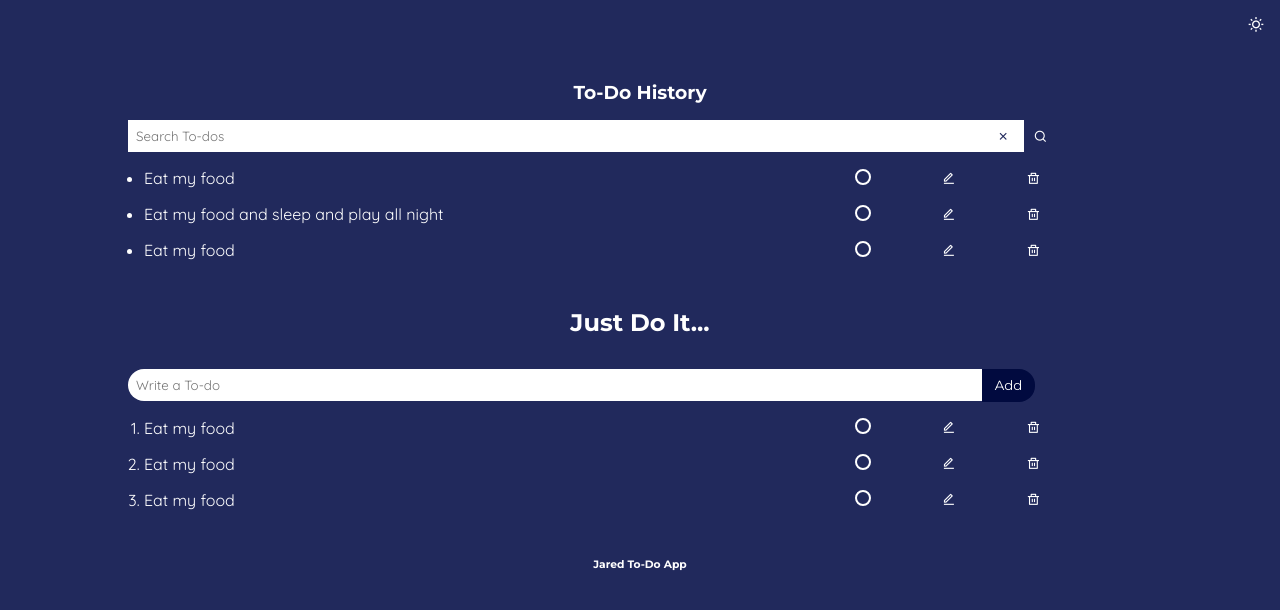
Repository: EguJaredoBoyd/Jared-ToDo-App
Page: main.html
These files come from the project's save history. The page is drawn as it stood at one moment and after the next save; the edit follows.
The browser window is 1280 px wide. The pictures show the whole page.
Some web libraries are served in a nearby version.

Above is the page before, as saved 2025-12-25 00:15:38.
Not found: js/to-do.j

### main.html
<!DOCTYPE html>
<html lang="en">
  <head>
    <meta charset="UTF-8" />
    <meta name="viewport" content="width=device-width, initial-scale=1.0" />
    <title>Document</title>
    <link
      href="https://cdn.jsdelivr.net/npm/remixicon@4.7.0/fonts/remixicon.css"
      rel="stylesheet"
    />
    <link rel="preconnect" href="https://fonts.googleapis.com" />
    <link rel="preconnect" href="https://fonts.gstatic.com" crossorigin />
    <link
      href="https://fonts.googleapis.com/css2?family=Montserrat:ital,wght@0,100..900;1,100..900&display=swap"
      rel="stylesheet"
    />
    <link rel="preconnect" href="https://fonts.googleapis.com" />
    <link rel="preconnect" href="https://fonts.gstatic.com" crossorigin />
    <link
      href="https://fonts.googleapis.com/css2?family=Quicksand:wght@300..700&display=swap"
      rel="stylesheet"
    />
    <link rel="stylesheet" href="./css/main.css" />
    <script src="./js/theme.js" defer></script>
    <script src="./js/to-do.j" defer></script>
  </head>

  <body id="body">
    <div class="body__todo-wrapper">
      <header>
        <button id="theme"><i class="ri-sun-line" id="sun-icon"></i></button>
      </header>

      <main>
        <section class="todo-history">
          <div>
            <h3>To-Do History</h3>
          </div>
          <div class="todo-history__icon">
            <div>
              <input type="text" placeholder="Search To-dos " />
              <button id="cancel-search-button">
                <i class="ri-close-line"></i>
              </button>
            </div>
            <button id="search-button"><i class="ri-search-line"></i></button>
          </div>
          <div>
            <ul>
              <div class="ul__list">
                <li>Eat my food</li>
                <button>
                  <input type="checkbox" name="checkbox" id="checkbox" />
                </button>
                <button><i class="ri-edit-line"></i></button>
                <button><i class="ri-delete-bin-line"></i></button>
              </div>
              <div class="ul__list">
                <li>Eat my food and sleep and play all night</li>
                <button>
                  <input type="checkbox" name="checkbox" id="checkbox" />
                </button>
                <button><i class="ri-edit-line"></i></button>
                <button><i class="ri-delete-bin-line"></i></button>
              </div>
              <div class="ul__list">
                <li>Eat my food</li>
                <button>
                  <input type="checkbox" name="checkbox" id="checkbox" />
                </button>
                <button>
                  <i class="ri-edit-line"></i>
                </button>
                <button>
                  <i class="ri-delete-bin-line"></i>
                </button>
              </div>
            </ul>
          </div>
        </section>

        <section class="todo-title">
          <div>
            <h2>Just Do It...</h2>
          </div>
        </section>

        <section class="todo-add-task">
          <div class="To-Do">
            <div class="To-Do__create">
              <input type="text" id="to-do" placeholder="Write a To-do" />
              <button id="add-task">Add</button>
            </div>

            <ol id="task-show" class="task-list">
              <div class="ol__list">
                <li>Eat my food</li>
                <button>
                  <input type="checkbox" name="checkbox" id="checkbox" />
                </button>
                <button><i class="ri-edit-line"></i></button>
                <button><i class="ri-delete-bin-line"></i></button>
              </div>
              <div class="ol__list">
                <li>Eat my food</li>
                <button>
                  <input type="checkbox" name="checkbox" id="checkbox" />
                </button>
                <button><i class="ri-edit-line"></i></button>
                <button><i class="ri-delete-bin-line"></i></button>
              </div>
              <div class="ol__list">
                <li>Eat my food</li>
                <button>
                  <input type="checkbox" name="checkbox" id="checkbox" />
                </button>
                <button><i class="ri-edit-line"></i></button>
                <button><i class="ri-delete-bin-line"></i></button>
              </div>
            </ol>
          </div>
        </section>
      </main>

      <footer>
        <div>
          <h6>Jared To-Do App</h6>
        </div>
      </footer>
    </div>
  </body>
</html>

### css/main.css
*,
*::before,
*::after {
  box-sizing: border-box;
  margin: 0;
  padding: 0;
}

:root {
  /* My project colours to use */
  --primary-color: #21295c;
  --secondary-color: #ffffff;

  /* Color for light background */
  --light-primary-color: #83bdf7;
  --light-secondary-color: var(--primary-color);

  /* My font size to use */
  --font-base: 16px;

  /* My spaces to use */
}

html {
  font-size: var(--font-base);
}

body {
  font-family: "Quicksand", sans-serif;
  max-width: 100%;
  width: 100vw;
  max-height: 100vh;
  background-color: var(--primary-color);
  color: var(--secondary-color);
}

body.light-theme {
  background-color: var(--light-primary-color);
  color: var(--light-secondary-color);
}

h2,
h3,
h6 {
  font-family: "Montserrat", sans-serif;
}

button {
  border: none;
  background: none;
  color: var(--secondary-color);
}

input[type="checkbox"] {
  appearance: none;
  width: 1rem;
  height: 1rem;
  border: 2px solid white;
  border-radius: 50%;
  cursor: pointer;
}

input[type="checkbox"]::before {
  content: "";
  width: 2px;
  height: 2px;
  border: 50%;
  background-color: white;
}

input[type="checkbox"]:checked::before {
  content: "✔️";
  width: 1px;
  height: 1px;
  background-color: green;
}

body.light-theme button {
  color: var(--light-secondary-color);
}

.body__todo-wrapper header {
  display: flex;
  justify-content: end;
  align-items: center;
}

.body__todo-wrapper header button {
  padding: 1rem;
}

.body__todo-wrapper header button i {
  font-size: 1rem;
}

main {
  display: flex;
  flex-direction: column;
  align-items: center;
  gap: 2rem;
  margin: 2rem 0;
  max-width: 100vw;
}

.todo-history {
  width: 80vw;
  position: relative;
}

.todo-history div h3 {
  text-align: center;
  margin-bottom: 1rem;
}

.todo-history__icon {
  display: flex;
}

.todo-history__icon div input {
  width: 70vw;
  border: none;
  outline: none;
  padding: 0.5rem;
  font-family: "Quicksand", sans-serif;
}

#cancel-search-button {
  position: relative;
  right: 2rem;
}

#cancel-search-button i {
  color: var(--primary-color);
}

#search-button {
  margin-left: -1rem;
  padding: 0.5rem;
}

.ul__list {
  display: flex;
  justify-content: space-between;
  align-items: center;
  margin: 1rem;
  width: 70vw;
}

.ul__list li {
  width: 50vw;
  max-width: 50vw;
}

.todo-add-task {
  width: 80vw;
}

.To-Do__create {
  max-width: 100vw;
}

.To-Do__create input {
  width: 67vw;
  border: none;
  outline: none;
  padding: 0.5rem;
  font-family: "Quicksand", sans-serif;
  border-top-left-radius: 1rem;
  border-bottom-left-radius: 1rem;
}

.To-Do__create input[type="text"]::placeholder {
  font-family: "Quicksand", sans-serif;
}

.To-Do__create button {
  margin-left: -0.5rem;
  padding: 0.52rem 0.8rem;
  font-family: "Montserrat", sans-serif;
  border-top-right-radius: 1rem;
  border-bottom-right-radius: 1rem;
  background-color: #010a3f;
}

body.light-theme .To-Do__create button {
  background-color: #1c6cbb;
  color: white;
}

.ol__list {
  display: flex;
  justify-content: space-between;
  align-items: center;
  margin: 1rem;
  width: 70vw;
}

.ol__list li {
  width: 50vw;
  max-width: 50vw;
}

footer div {
  text-align: center;
}

### js/theme.js
//Target the theme button
const theme = document.getElementById("theme");
const body = document.getElementById("body");
const themeIcon = document.getElementById("sun-icon");

//Load the chosen theme color
const savedTheme = localStorage.getItem("theme-color");

if (savedTheme === "true") {
  //If the user clicks and it is true, show the light-theme
  body.classList.toggle("light-theme");

  //Now change the icons so that it matches the light theme
  themeIcon.classList.remove("ri-sun-line");
  themeIcon.classList.add("ri-contrast-2-fill");
}

//Action to toggle theme class in-between
function toggleTheme() {
  theme.addEventListener("click", () => {
    const lightTheme = body.classList.toggle("light-theme");

    //Switch between sun and moon icons
    themeIcon.classList.toggle("ri-sun-line");
    themeIcon.classList.toggle("ri-contrast-2-fill");

    //Save the selected background
    localStorage.setItem("theme-color", lightTheme);
  });
}

toggleTheme();

After the next save:
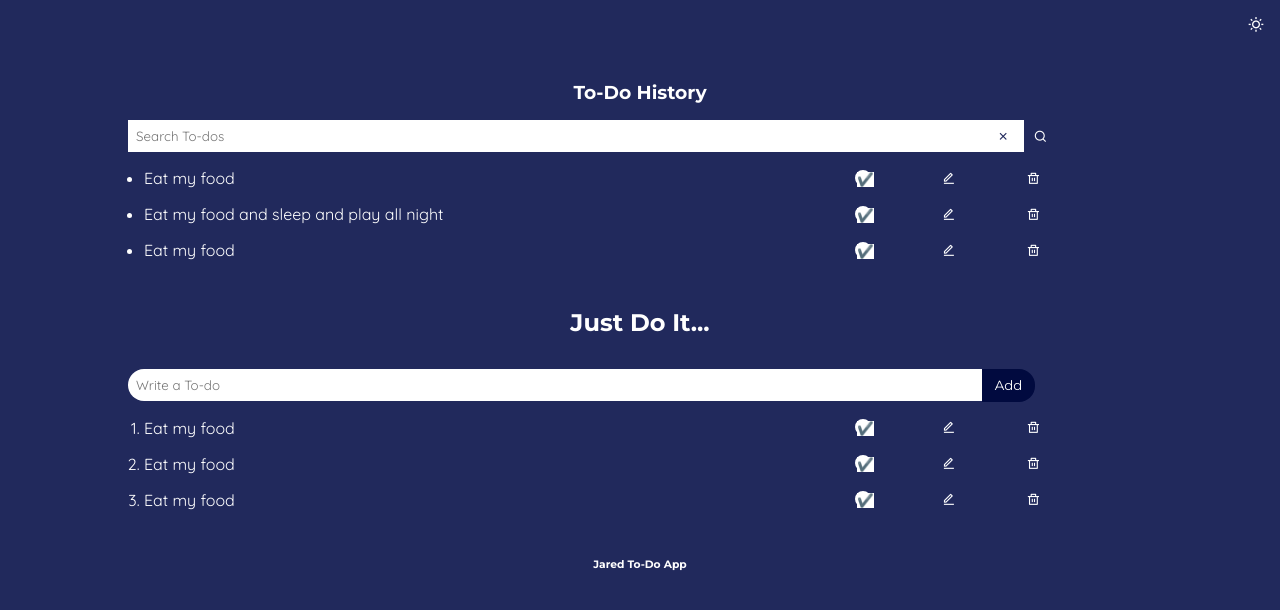
Saved 81 s later.
--- a/css/main.css
+++ b/css/main.css
@@ -61,7 +61,7 @@ input[type="checkbox"] {
 }
 
 input[type="checkbox"]::before {
-  content: "";
+  content: "✔️";
   width: 2px;
   height: 2px;
   border: 50%;
